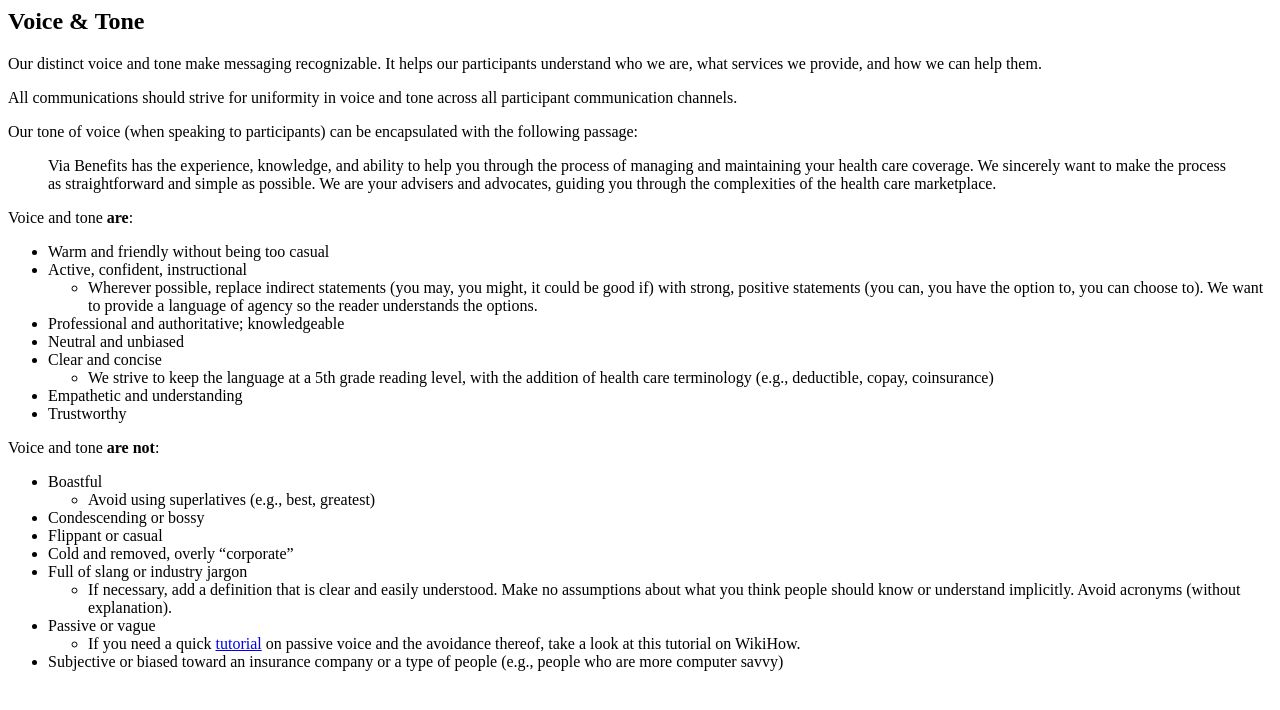
Repository: WTW-IM/bda-ui-toolkit
Page: docs/_includes/base/voice-tone.html
The author's editor kept a record of every edit. The page is drawn from the files as they stood at one moment, then again after the next edit.
The browser window is 1280 px wide. The pictures show the whole page.

Above is the page before.

After the next edit:
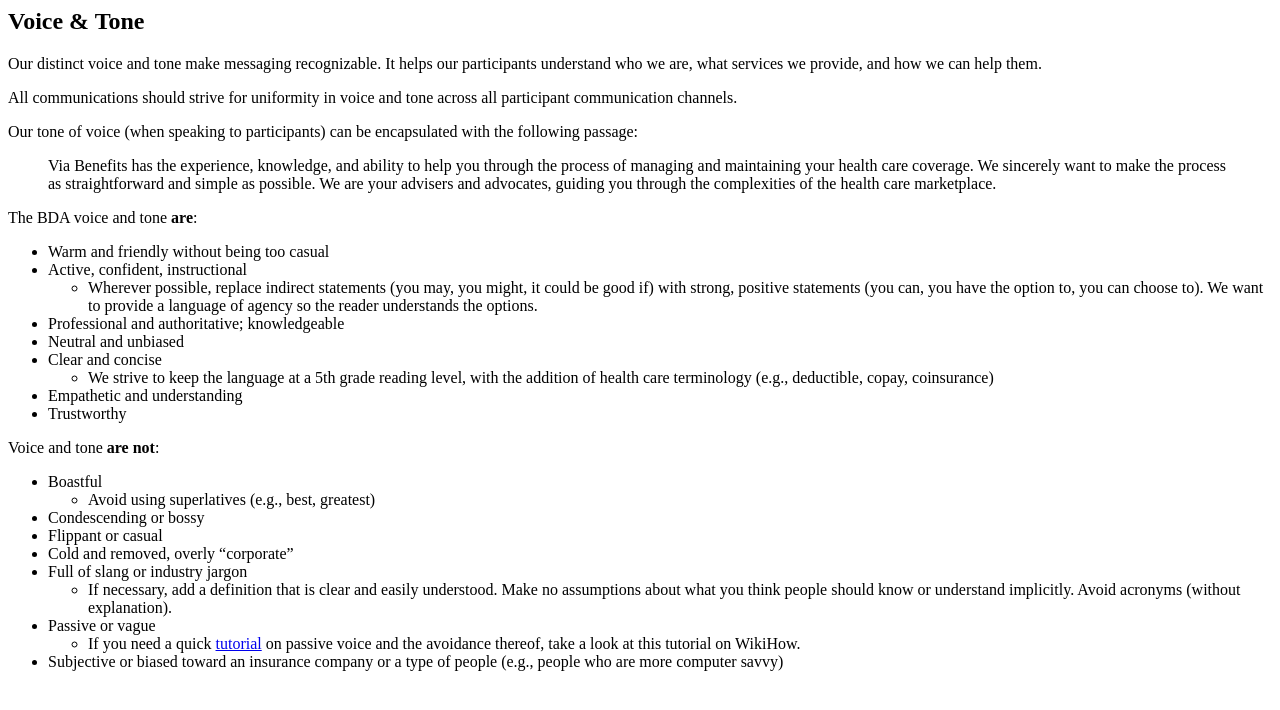
The edit:
--- a/docs/_includes/base/voice-tone.html
+++ b/docs/_includes/base/voice-tone.html
@@ -9,7 +9,7 @@
 
   <blockquote>Via Benefits has the experience, knowledge, and ability to help you through the process of managing and maintaining your health care coverage. We sincerely want to make the process as straightforward and simple as possible. We are your advisers and advocates, guiding you through the complexities of the health care marketplace.</blockquote>
 
-  <p>Voice and tone <strong>are</strong>:</p>
+  <p>The BDA voice and tone <strong>are</strong>:</p>
 
   <ul>
     <li>Warm and friendly without being too casual</li>
